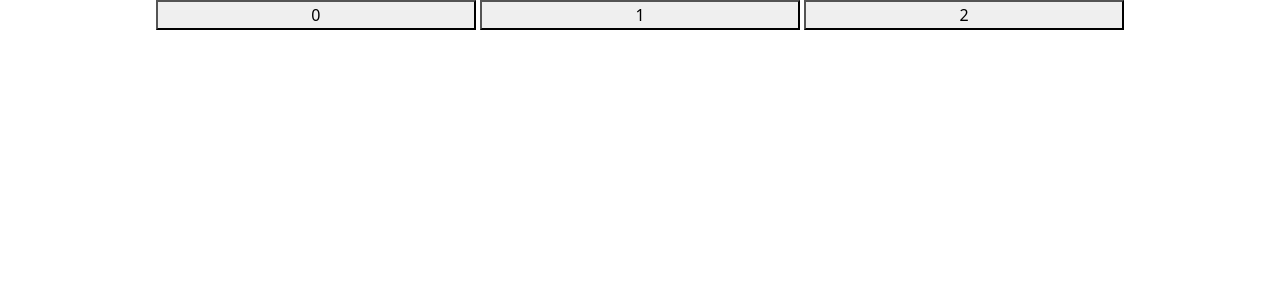
Repository: hcozyph/CyberSoft_Bai_Tap_Tren_Lop
Page: ES6/ES6_BASIC/index.html
An editor plug-in stored every save of this project. The page is shown before and after the next save, followed by the edit.
The browser window is 1280 px wide. The pictures show the whole page.

Above is the page before, as saved 2023-03-19 09:57:40.

After the next save:
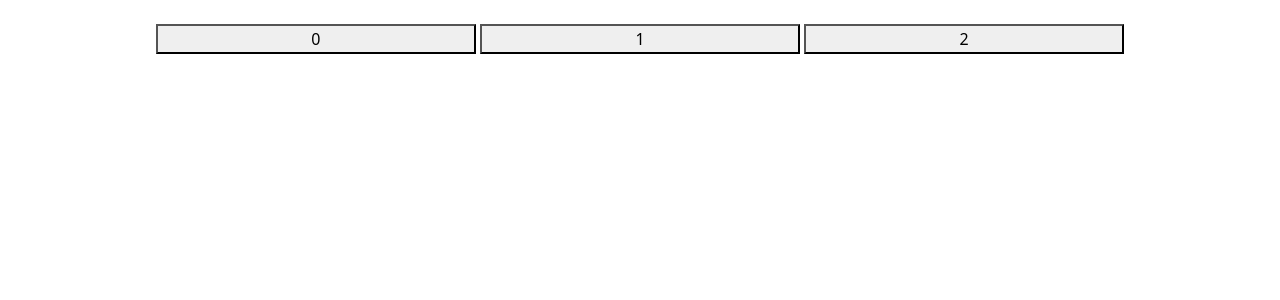
Saved 14 s later.
--- a/ES6/ES6_BASIC/index.html
+++ b/ES6/ES6_BASIC/index.html
@@ -19,7 +19,7 @@
     </head>
 
     <body>
-        <div class="text-center">
+        <div class="text-center my-4">
             <button class="w-25">0</button>
             <button class="w-25">1</button>
             <button class="w-25">2</button>
